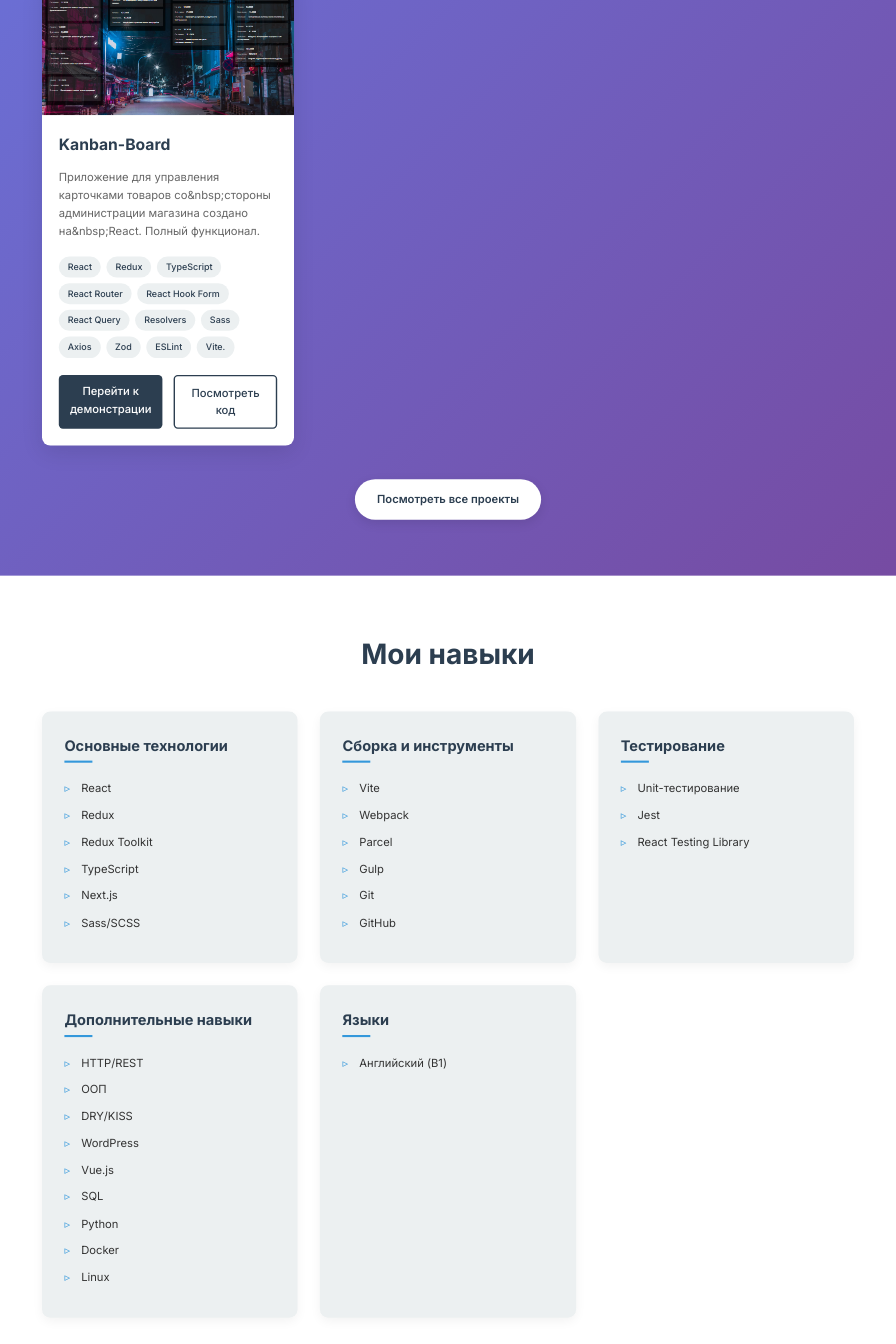
Repository: RostislavZeberg/resume-app
Page: /
An editor plug-in stored every save of this project. The page is shown before and after the next save, followed by the edit.
The browser window is 1280 px wide. The pictures show the part of the page from y = 1001 to 2921 px (the page is 4380 px tall before and 4354 px after), at 70% of full size.
The project was rebuilt for these pictures with package versions that can differ from the ones it lists, and the page was loaded fresh each time. The framework's server and built-in components were replaced by stand-ins that run in the browser. Also part of the build but not shown: next.config.ts.

Above is the page before, as saved 2025-09-18 13:57:37.

### pages/_app.tsx
import type { AppProps } from 'next/app';
import '../styles/globals.scss';
import Head from 'next/head';

function MyApp({ Component, pageProps }: AppProps) {
  return (
    <>
      <Head>
        <meta name="viewport" content="width=device-width, initial-scale=1" />
        <meta name="theme-color" content="#2c3e50" />
        <meta name="description" content="Резюме фронтенд-разработчика React с 5+ годами опыта. Специализация: React, TypeScript, Next.js, Redux Toolkit." />
        <meta name="keywords" content="React, TypeScript, Next.js, фронтенд-разработчик, резюме" />
        <meta property="og:title" content="Фронтенд-разработчик React" />
        <meta property="og:description" content="Резюме фронтенд-разработчика React с 5+ годами опыта" />
        <meta property="og:type" content="website" />
        <link rel="icon" href="/favicon.ico" />
      </Head>
      <Component {...pageProps} />
    </>
  );
}

export default MyApp;

### pages/_document.tsx
import { Html, Head, Main, NextScript } from 'next/document';

export default function Document() {
  return (
    <Html lang="ru">
      <Head>
        <link rel="preconnect" href="https://fonts.googleapis.com" />
        <link rel="preconnect" href="https://fonts.gstatic.com" crossOrigin="anonymous" />
        <link href="https://fonts.googleapis.com/css2?family=Inter:wght@300;400;500;600;700&display=swap" rel="stylesheet" />

        {/* Фавикон */}
        <link rel="icon" href="/favicon.ico" sizes="any" />
        <link rel="icon" href="/favicon.svg" type="image/svg+xml" />
        <link rel="apple-touch-icon" href="/apple-touch-icon.png" />
        <link rel="manifest" href="/manifest.webmanifest" />

        {/* Мета-теги */}
        <meta name="theme-color" content="#2c3e50" />
        <meta name="description" content="Резюме фронтенд-разработчика React с 5+ годами опыта. Специализация: React, TypeScript, Next.js, Redux Toolkit." />
        <meta name="keywords" content="React, TypeScript, Next.js, фронтенд-разработчик, резюме" />
      </Head>
      <body>
        <Main />
        <NextScript />
      </body>
    </Html>
  );
}

### pages/index.tsx
import Head from 'next/head';
import { NextPage } from 'next';
import Contacts from '../components/Sections/Contacts';
import Skills from '../components/Sections/Skills';
import About from '../components/Sections/About';
import Projects from '../components/Sections/Projects';
import Header from '../components/Layout/Header';

const Home: NextPage = () => {
  return (
    <>
      <Head>
        <title>Фронтенд-разработчик React | Резюме</title>
        <meta name="description" content="Резюме фронтенд-разработчика React с 5+ годами опыта. Специализация: React, TypeScript, Next.js, Redux Toolkit." />
        <meta name="keywords" content="React, TypeScript, Next.js, фронтенд-разработчик, резюме" />
        <meta property="og:title" content="Фронтенд-разработчик React" />
        <meta property="og:description" content="Резюме фронтенд-разработчика React с 5+ годами опыта" />
        <meta property="og:type" content="website" />
        <link rel="icon" href="/favicon.ico" />
      </Head>

      <Header />
      <main>
        <Projects />
        <Skills />
        <About />
        <Contacts />
      </main>
    </>
  );
};

export default Home;

### styles/globals.scss
// Переменные и миксины
@import './variables.scss';
@import './mixins';

// Глобальные стили
* {
  box-sizing: border-box;
  margin: 0;
  padding: 0;
}

html {
  scroll-behavior: smooth;
  scroll-padding-top: 60px;
}

body {
  font-family: 'Inter', 'Arial', sans-serif;
  line-height: 1.6;
  color: $text-color;
  background-color: $background-color;
  padding-top: 60px;
}

.container {
  max-width: 1200px;
  margin: 0 auto;
  padding: 0 20px;
}

section {
  padding: 80px 0;

  h2 {
    text-align: center;
    margin-bottom: 50px;
    font-size: 2.5rem;
    color: $primary-color;
  }
}

// Анимации
@keyframes fadeIn {
  from {
    opacity: 0;
    transform: translateY(20px);
  }
  to {
    opacity: 1;
    transform: translateY(0);
  }
}

.fade-in {
  animation: fadeIn 0.6s ease forwards;
}

// Адаптивность
@include desktop {
  .container {
    max-width: 1200px;
  }
}

@include tablet {
  .container {
    max-width: 100%;
    padding: 0 15px;
  }

  section {
    padding: 60px 0;

    h2 {
      font-size: 2rem;
      margin-bottom: 40px;
    }
  }
}

@include mobile {
  .container {
    padding: 0 10px;
  }

  section {
    padding: 40px 0;

    h2 {
      font-size: 1.8rem;
      margin-bottom: 30px;
    }
  }
}

### components/Sections/Contacts.tsx
import React from 'react';
import Icon from '../UI/Icon';
import styles from '../../styles/sections/contacts.module.scss';
import { contacts } from '@/info/contacts';

const Contacts: React.FC = () => {

  return (
    <section id="contacts" className={styles.contacts}>
      <div className="container">
        <h2>Контакты</h2>
        <div className={styles.contactsGrid}>
          {contacts.map((contact, index) => (
            <a
              key={index}
              href={contact.href}
              className={styles.contactItem}
              target="_blank"
              rel="noopener noreferrer"
            >
              <Icon name={contact.icon} className={styles.contactIcon} />
              <span>{contact.text}</span>
            </a>
          ))}
        </div>
      </div>
    </section>
  );
};

export default Contacts;

### components/Sections/Skills.tsx
import React from 'react';
import styles from '../../styles/sections/skills.module.scss';

const Skills: React.FC = () => {
  const skillCategories = [
    {
      title: 'Основные технологии',
      skills: ['React', 'Redux', 'Redux Toolkit', 'TypeScript', 'Next.js', 'Sass/SCSS']
    },
    {
      title: 'Сборка и инструменты',
      skills: ['Vite', 'Webpack', 'Parcel', 'Gulp', 'Git', 'GitHub']
    },
    {
      title: 'Тестирование',
      skills: ['Unit-тестирование', 'Jest', 'React Testing Library']
    },
    {
      title: 'Дополнительные навыки',
      skills: ['HTTP/REST', 'ООП', 'DRY/KISS', 'WordPress', 'Vue.js', 'SQL', 'Python', 'Docker', 'Linux']
    },
    {
      title: 'Языки',
      skills: ['Английский (B1)']
    }
  ];

  return (
    <section id="skills" className={styles.skills}>
      <div className="container">
        <h2>Мои навыки</h2>
        <div className={styles.skillsGrid}>
          {skillCategories.map((category, index) => (
            <div key={index} className={styles.skillCategory}>
              <h3>{category.title}</h3>
              <ul>
                {category.skills.map((skill, i) => (
                  <li key={i}>{skill}</li>
                ))}
              </ul>
            </div>
          ))}
        </div>
      </div>
    </section>
  );
};

export default Skills;

### components/Sections/Projects.tsx
import React from 'react';
import ProjectCard from '../UI/ProjectCard';
import styles from '../../styles/sections/projects.module.scss';
import { projects } from '@/info/projects';

const Projects: React.FC = () => {
  return (
    <section id="projects" className={styles.projects}>
      <div className="container">
        <h2>Мои проекты</h2>
        <div className={styles.projectsGrid}>
          {projects.map((project, index) => (
            <ProjectCard key={index} project={project} />
          ))}
        </div>
        <div className={styles.viewAll}>
          <a
            href="https://github.com/RostislavZeberg?tab=repositories"
            className={styles.viewAllButton}
            target="_blank"
            rel="noopener noreferrer"
          >
            Посмотреть все проекты
          </a>
        </div>
      </div>
    </section>
  );
};

export default Projects;

### components/Layout/Header.tsx
import React, { useState } from 'react';
import Link from 'next/link';
import styles from '../../styles/layout/header.module.scss';

const Header: React.FC = () => {
  const [isMenuOpen, setIsMenuOpen] = useState(false);

  const toggleMenu = () => {
    setIsMenuOpen(!isMenuOpen);
  };

  return (
    <header className={styles.header}>
      <div className="container">
        <nav className={styles.nav}>
          <div className={styles.logo}>
            <Link href="/">Фронтенд-разработчик React + Next</Link>
          </div>

          <button
            className={`${styles.menuToggle} ${isMenuOpen ? styles.active : ''}`}
            onClick={toggleMenu}
            aria-label="Меню"
          >
            <span></span>
            <span></span>
            <span></span>
          </button>

          <ul className={`${styles.navList} ${isMenuOpen ? styles.active : ''}`}>
            <li><a href="#contacts" onClick={() => setIsMenuOpen(false)}>Контакты</a></li>
            <li><a href="#skills" onClick={() => setIsMenuOpen(false)}>Навыки</a></li>
            <li><a href="#about" onClick={() => setIsMenuOpen(false)}>Обо мне</a></li>
            <li><a href="#projects" onClick={() => setIsMenuOpen(false)}>Проекты</a></li>
          </ul>
        </nav>
      </div>
    </header>
  );
};

export default Header;

### styles/variables.scss
// Цвета
$primary-color: #2c3e50;
$secondary-color: #3498db;
$accent-color: #e74c3c;
$background-color: #f9f9f9;
$text-color: #333;
$light-gray: #ecf0f1;

// Breakpoints
$desktop: 1280px;
$tablet: 1024px;
$small-tablet: 768px;
$mobile: 320px;

### styles/mixins.scss
@mixin desktop {
  @media (min-width: #{$desktop}) {
    @content;
  }
}

@mixin tablet {
  @media (min-width: #{$small-tablet}) and (max-width: #{$tablet}) {
    @content;
  }
}

@mixin small-tablet {
  @media (min-width: #{$mobile}) and (max-width: #{$small-tablet - 1px}) {
    @content;
  }
}

@mixin mobile {
  @media (max-width: #{$mobile}) {
    @content;
  }
}

@mixin flex-center {
  display: flex;
  justify-content: center;
  align-items: center;
}

@mixin card-shadow {
  box-shadow: 0 4px 6px rgba(0, 0, 0, 0.1);
  transition: box-shadow 0.3s ease;

  &:hover {
    box-shadow: 0 10px 20px rgba(0, 0, 0, 0.15);
  }
}

### components/UI/Icon.tsx
import React from 'react';
import Image from 'next/image';

interface IconProps {
  name: string;
  className?: string;
  width?: number;
  height?: number;
}

const Icon: React.FC<IconProps> = ({ name, className = '', width = 24, height = 24 }) => {
  return (
    <Image
      src={`/icons/${name}.svg`}
      alt={`${name} icon`}
      width={width}
      height={height}
      className={className}
    />
  );
};

export default Icon;

### styles/sections/contacts.module.scss
@import '../variables';
@import '../mixins';

.contacts {
  background: linear-gradient(135deg, #f5f7fa 0%, #c3cfe2 100%);
  padding: 100px 0;
}

.contactsGrid {
  display: grid;
  grid-template-columns: repeat(auto-fit, minmax(250px, 1fr));
  gap: 2rem;
  margin-top: 3rem;
}

.contactItem {
  display: flex;
  flex-direction: column;
  align-items: center;
  justify-content: center;
  background: white;
  padding: 2rem;
  border-radius: 12px;
  box-shadow: 0 10px 30px rgba(0, 0, 0, 0.1);
  transition: all 0.3s ease;
  text-decoration: none;
  color: $text-color;

  &:hover {
    transform: translateY(-5px);
    box-shadow: 0 15px 40px rgba(0, 0, 0, 0.15);

    .contactIcon {
      transform: scale(1.1);
    }
  }
}

.contactIcon {
  width: 60px;
  height: 60px;
  margin-bottom: 1rem;
  transition: transform 0.3s ease;
}

// Адаптивность
@include tablet {
  .contactsGrid {
    grid-template-columns: repeat(2, 1fr);
    gap: 1.5rem;
  }
}

@include small-tablet {
  .contactsGrid {
    grid-template-columns: 1fr;
    gap: 1rem;
  }

  .contactItem {
    padding: 1.5rem;
  }
}

@include mobile {
  .contacts {
    padding: 80px 0;
  }

  .contactIcon {
    width: 50px;
    height: 50px;
  }
}

### info/contacts.ts
export const contacts = [
  { icon: 'email', text: 'zeberg@bk.ru', href: 'mailto:zeberg@bk.ru' },
  { icon: 'phone', text: '+7(960)-552-4171', href: 'tel:+79605524171' },
  { icon: 'telegram', text: '@zeberg_jaguar', href: 'https://t.me/zeberg_jaguar' },
  { icon: 'github', text: 'GitHub', href: 'https://github.com/RostislavZeberg?tab=repositories' }
];

### styles/sections/skills.module.scss
@import '../variables';
@import '../mixins';

.skills {
  background-color: white;
}

.skillsGrid {
  display: grid;
  grid-template-columns: repeat(auto-fit, minmax(300px, 1fr));
  gap: 2rem;
}

.skillCategory {
  background: $light-gray;
  padding: 2rem;
  border-radius: 12px;
  box-shadow: 0 5px 15px rgba(0, 0, 0, 0.05);

  h3 {
    color: $primary-color;
    margin-bottom: 1.5rem;
    font-size: 1.3rem;
    position: relative;
    padding-bottom: 0.5rem;

    &::after {
      content: '';
      position: absolute;
      bottom: 0;
      left: 0;
      width: 40px;
      height: 3px;
      background: $secondary-color;
    }
  }

  ul {
    list-style: none;
  }

  li {
    margin-bottom: 0.8rem;
    padding-left: 1.5rem;
    position: relative;

    &::before {
      content: '▹';
      position: absolute;
      left: 0;
      color: $secondary-color;
    }
  }
}

// Адаптивность
@include tablet {
  .skillsGrid {
    grid-template-columns: repeat(2, 1fr);
    gap: 1.5rem;
  }
}

@include small-tablet {
  .skillsGrid {
    grid-template-columns: 1fr;
    gap: 1rem;
  }

  .skillCategory {
    padding: 1.5rem;
  }
}

@include mobile {
  .skillCategory {
    padding: 1.2rem;

    h3 {
      font-size: 1.2rem;
    }
  }
}

### styles/sections/about.module.scss
@import '../variables';
@import '../mixins';

.about {
  background-color: $light-gray;
}

.aboutContent {
  max-width: 800px;
  margin: 0 auto;

  p {
    margin-bottom: 1.5rem;
    line-height: 1.8;
    text-align: justify;
  }
}

// Адаптивность
@include tablet {
  .aboutContent {
    padding: 0 1rem;
  }
}

@include mobile {
  .aboutContent p {
    text-align: left;
  }
}

### styles/sections/projects.module.scss
@import '../variables';
@import '../mixins';

.projects {
  background: linear-gradient(135deg, #667eea 0%, #764ba2 100%);
  color: white;

  h2 {
    color: white;
  }
}

.projectsGrid {
  display: grid;
  grid-template-columns: repeat(auto-fit, minmax(350px, 1fr));
  gap: 2.5rem;
  margin-bottom: 3rem;
}

.viewAll {
  text-align: center;
  margin-top: 3rem;
}

.viewAllButton {
  display: inline-block;
  padding: 1rem 2rem;
  background: white;
  color: $primary-color;
  text-decoration: none;
  border-radius: 30px;
  font-weight: 600;
  transition: all 0.3s ease;
  box-shadow: 0 5px 15px rgba(0, 0, 0, 0.1);

  &:hover {
    transform: translateY(-3px);
    box-shadow: 0 10px 25px rgba(0, 0, 0, 0.2);
    background: $accent-color;
    color: white;
  }
}

// Адаптивность
@include tablet {
  .projectsGrid {
    grid-template-columns: repeat(2, 1fr);
    gap: 2rem;
  }
}

@include small-tablet {
  .projectsGrid {
    grid-template-columns: 1fr;
    gap: 1.5rem;
  }
}

@include mobile {
  .projectsGrid {
    grid-template-columns: 1fr;
    gap: 1.5rem;
  }

  .viewAllButton {
    padding: 0.8rem 1.5rem;
    font-size: 0.9rem;
  }
}

### info/projects.ts
export const projects = [
  {
    name: 'CinemaGuide',
    description: 'Приложение для поиска кинофильмов создано на&nbsp;React + TypeScript + Vite. Полный функционал.',
    demoLink: 'https://rostislavzeberg.github.io/CinemaGuide',
    codeLink: 'https://github.com/RostislavZeberg/CinemaGuide/tree/dev',
    technologies: ['React', 'TypeScript', 'Vite', 'React Router DOM', 'Axios', 'React Hook Form', 'Zod', 'React Query, ESLint', 'Vite.']
  },
  {
    name: 'ShopOnline',
    description: 'Онлайн-магазин на&nbsp;Next.js. Полный функционал.',
    demoLink: 'https://shop-online-omega.vercel.app/',
    codeLink: 'https://github.com/RostislavZeberg/ShopOnline',
    technologies: ['Next.js', 'React', 'TypeScript', 'Redux Toolkit', 'SCSS', 'Axios', 'GSAP', 'Zod, ESLint', 'Vite.']
  },
  {
    name: 'CatalogProducts',
    description: 'Приложение для управления карточками товаров со&nbsp;стороны администрации магазина создано на&nbsp;React. Полный функционал.',
    demoLink: 'https://shop-online-omega.vercel.app/',
    codeLink: 'https://github.com/RostislavZeberg/ShopOnline',
    technologies: ['React', 'Redux', 'TypeScript', 'React Router', 'React Hook Form', 'React Query', 'Resolvers', 'Sass', 'Axios', 'Zod', 'ESLint', 'Vite.']
  },
  {
    name: 'Kanban-Board',
    description: 'Приложение для управления карточками товаров со&nbsp;стороны администрации магазина создано на&nbsp;React. Полный функционал.',
    demoLink: 'https://shop-online-omega.vercel.app/',
    codeLink: 'https://github.com/RostislavZeberg/ShopOnline',
    technologies: ['React', 'Redux', 'TypeScript', 'React Router', 'React Hook Form', 'React Query', 'Resolvers', 'Sass', 'Axios', 'Zod', 'ESLint', 'Vite.']
  },
];

Loaded but not shown: styles/ui/project-card.module.scss (137 lines, source omitted); components/Sections/About.tsx (42 lines, source omitted); styles/layout/header.module.scss (124 lines, source omitted); components/UI/ProjectCard.tsx (62 lines, source omitted)

After the next save:
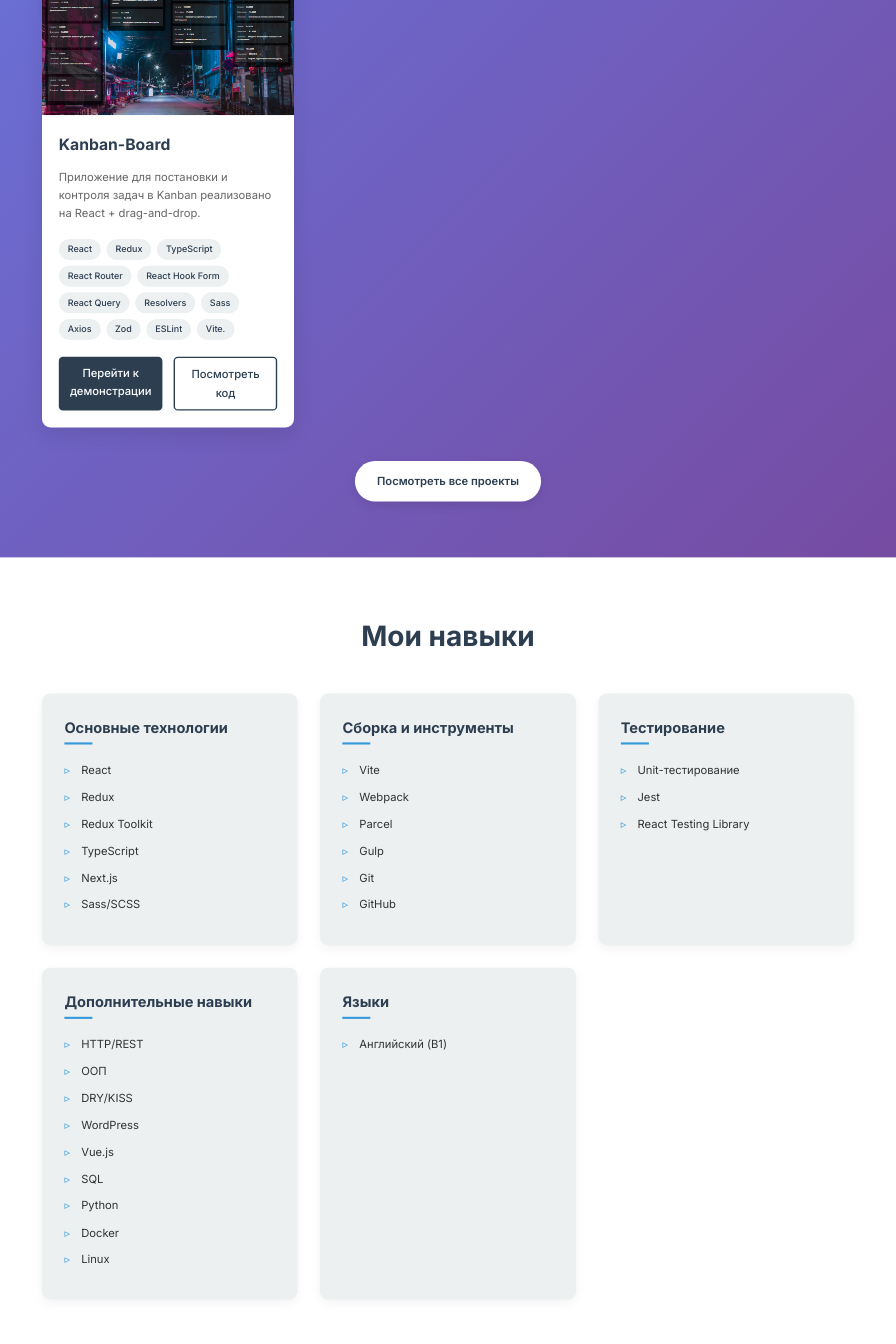
Saved 20 s later.
--- a/info/projects.ts
+++ b/info/projects.ts
@@ -22,7 +22,7 @@
   },
   {
     name: 'Kanban-Board',
-    description: 'Приложение для управления карточками товаров со&nbsp;стороны администрации магазина создано на&nbsp;React. Полный функционал.',
+    description: 'Приложение для постановки и контроля задач в Kanban реализовано на React + drag-and-drop.',
     demoLink: 'https://shop-online-omega.vercel.app/',
     codeLink: 'https://github.com/RostislavZeberg/ShopOnline',
     technologies: ['React', 'Redux', 'TypeScript', 'React Router', 'React Hook Form', 'React Query', 'Resolvers', 'Sass', 'Axios', 'Zod', 'ESLint', 'Vite.']

After the save that followed:
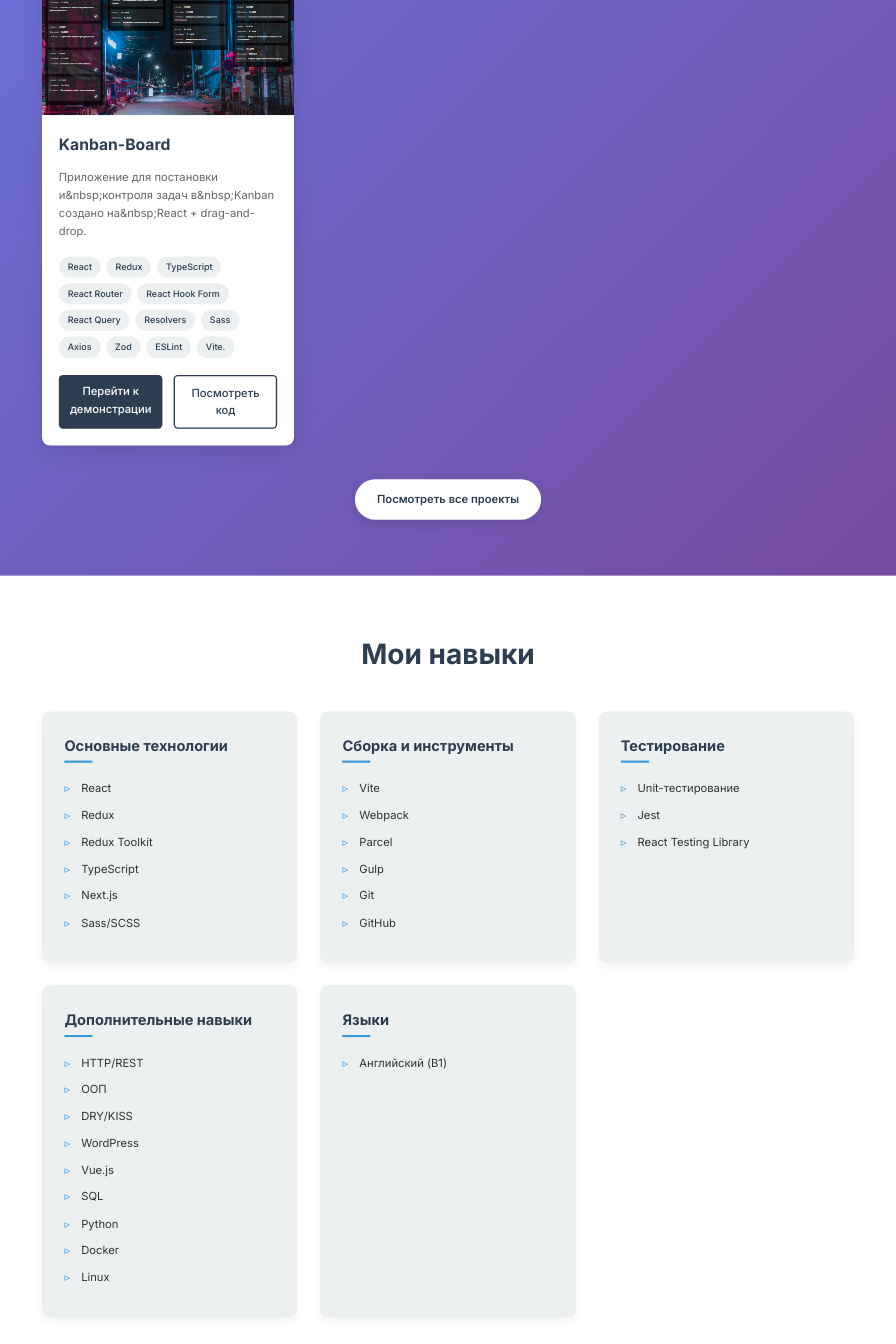
Saved 47 s later.
--- a/info/projects.ts
+++ b/info/projects.ts
@@ -22,7 +22,7 @@
   },
   {
     name: 'Kanban-Board',
-    description: 'Приложение для постановки и контроля задач в Kanban реализовано на React + drag-and-drop.',
+    description: 'Приложение для постановки и&nbsp;контроля задач в&nbsp;Kanban создано на&nbsp;React + drag-and-drop.',
     demoLink: 'https://shop-online-omega.vercel.app/',
     codeLink: 'https://github.com/RostislavZeberg/ShopOnline',
     technologies: ['React', 'Redux', 'TypeScript', 'React Router', 'React Hook Form', 'React Query', 'Resolvers', 'Sass', 'Axios', 'Zod', 'ESLint', 'Vite.']
